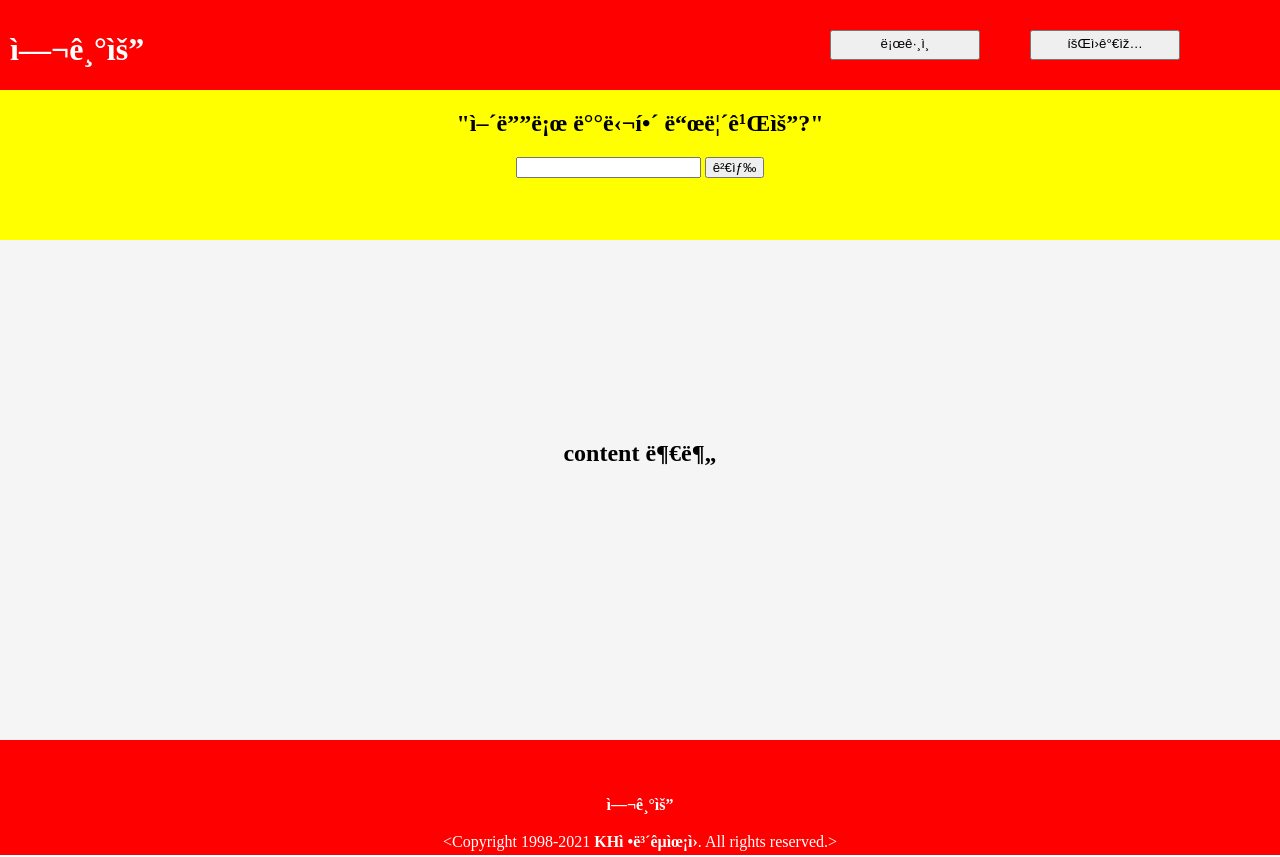
Repository: ksh940911/KH_SEMI_PROJECT
Page: http://localhost/yeogiyo/index.jsp
These files come from the project's save history. The page is drawn as it stood at one moment and after the next save; the edit follows.
The browser window is 1280 px wide. The pictures show the whole page.
Pictures or frames that could not be fetched are drawn as grey boxes. Some web libraries are served in a nearby version. The page is served by Tomcat 9. Nobody is signed in. The application's start-up code is not run.

Above is the page before, as saved 2021-04-14 13:49:19.

After the next save:
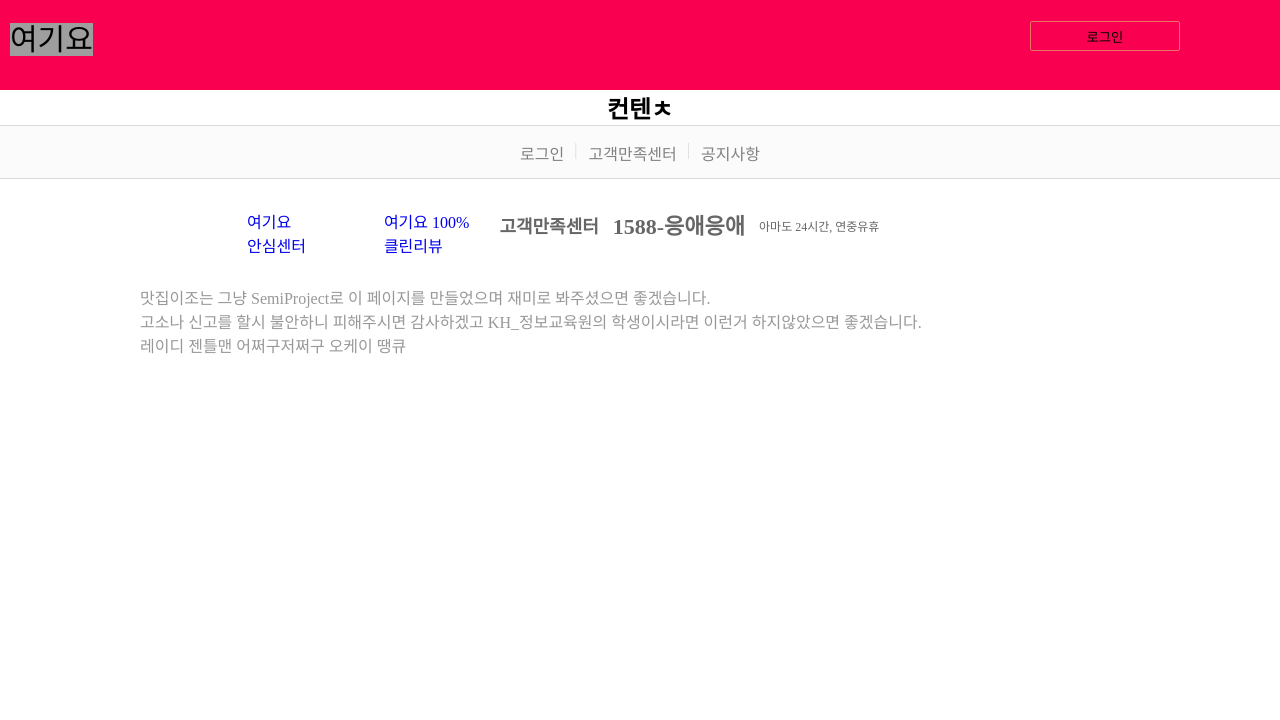
Saved 2 min 1 s later.
--- a/yeogiyo/WebContent/index.jsp
+++ b/yeogiyo/WebContent/index.jsp
@@ -1,88 +1,7 @@
-<!DOCTYPE html>
-<html>
-<head>
-<meta charset="UTF-8">
-<title>yeogiyo-main</title>
-<%-- <link rel="stylesheet" href="<%=request.getContextPath() %>/css/main.css" /> --%>
-<script src="<%= request.getContextPath() %>/js/jquery-3.6.0.js"></script>
-<style>
-        body {margin: 0; padding: 0;}
-        /********** 전체컨테이너 **********/
-        div#container	{background-color:#F0F0F0; width:100%; margin:0 auto;}
+<%@ page language="java" contentType="text/html; charset=UTF-8"
+    pageEncoding="UTF-8"%>
+<%@ include file="/WEB-INF/views/common/header.jsp" %>
 
+	<h1 align="center" style="margit-top:200px;">컨텐ㅊ</h1>
 
-        /********** header **********/
-        header	{background: red; height:80px; position:relative; padding:10px 0 0 0; }
-        header h1 {margin-left:10px;  color:white;}
-        #loginBtn {position:absolute; width:150px; height:30px; top: 30px; right: 300px;}
-        #joinBtn {position:absolute; width:150px; height:30px; top: 30px; right: 100px;}
-
-
-        /********** search **********/
-        section#search { background-color: yellow; float:left; width:100%; height: 150px; text-align: center;}
-
-        /********** content **********/
-        section#content	{ background-color:#F5F5F5; float:left; width:100%; min-height:500px; }
-
-
-
-        /********** footer **********/
-        footer { background-color:red; clear:both; height:75px; text-align:center;padding-top:40px;}
-        footer p {color: white;}
-
-</style>
-
-</head>
-<body>
-	<%-- <h1>category</h1>
-	<ul>
-		<li>Random</li>
-		<li><a href="<%= request.getContextPath() %>/restaurant/restaurantList.do">전체보기</a></li>
-		<li>프랜차이즈</li>
-		<li>피자/양식</li>
-		<li>중국집</li>
-		<li>한식</li>
-		<li>족발/보쌈</li>
-		<li>분식</li>
-		<li>카페/디저트</li>
-	</ul> --%>
-
-	 <div id="container">
-
-        <header>
-            <h1>여기요</h1>
-            	<button type="button" id="loginBtn" onclick="location.href='<%= request.getContextPath() %>/member/memberlogin';">로그인</button>
-            	<button type="button" id="joinBtn" onclick="location.href='<%= request.getContextPath() %>/member/memberEnroll';">회원가입</button>
-        </header>
-
-        <section id="search">
-
-            <h2 align="center">"어디로 배달해 드릴까요?"</h2>
-            <form action=""  method="GET">
-                <input type="text" name="foodname" id="foodname">
-                <input type="submit" value="검색">
-            </form>
-
-        </section>
-
-
-        <section id="content">
-
-            <h2 align="center" style="margin-top:200px;">content 부분</h2>
-
-        </section>
-
-
-        <footer>
-            <p><strong>여기요</strong></p>
-            <p>&lt;Copyright 1998-2021 <strong>KH정보교육원</strong>. All rights reserved.&gt;</p>
-
-        </footer>
-
-
-    </div>
-
-
-
-</body>
-</html>
+<%@ include file="/WEB-INF/views/common/footer.jsp" %>

After the save that followed:
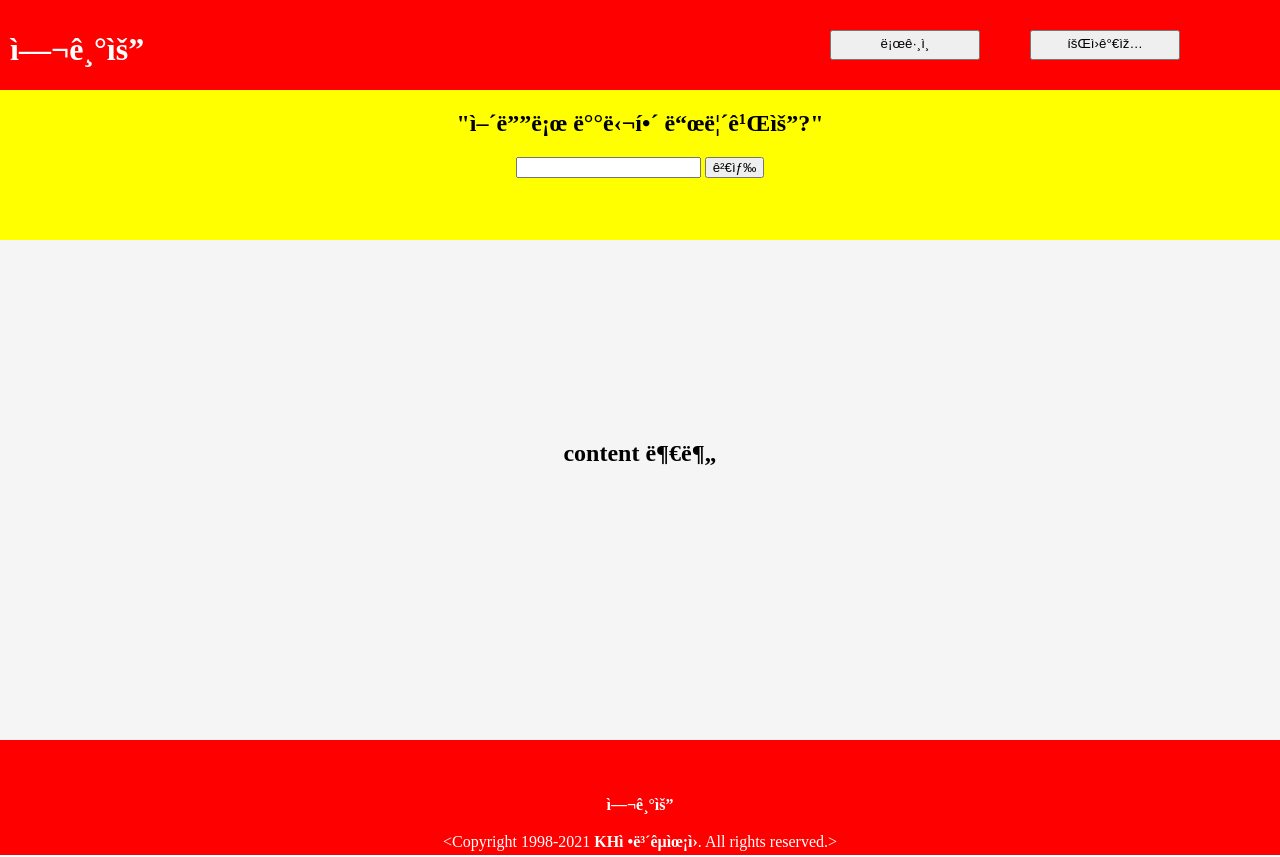
Saved 14 s later.
--- a/yeogiyo/WebContent/index.jsp
+++ b/yeogiyo/WebContent/index.jsp
@@ -1,7 +1,88 @@
-<%@ page language="java" contentType="text/html; charset=UTF-8"
-    pageEncoding="UTF-8"%>
-<%@ include file="/WEB-INF/views/common/header.jsp" %>
+<!DOCTYPE html>
+<html>
+<head>
+<meta charset="UTF-8">
+<title>yeogiyo-main</title>
+<%-- <link rel="stylesheet" href="<%=request.getContextPath() %>/css/main.css" /> --%>
+<script src="<%= request.getContextPath() %>/js/jquery-3.6.0.js"></script>
+<style>
+        body {margin: 0; padding: 0;}
+        /********** 전체컨테이너 **********/
+        div#container	{background-color:#F0F0F0; width:100%; margin:0 auto;}
 
-	<h1 align="center" style="margit-top:200px;">컨텐ㅊ</h1>
 
-<%@ include file="/WEB-INF/views/common/footer.jsp" %>
+        /********** header **********/
+        header	{background: red; height:80px; position:relative; padding:10px 0 0 0; }
+        header h1 {margin-left:10px;  color:white;}
+        #loginBtn {position:absolute; width:150px; height:30px; top: 30px; right: 300px;}
+        #joinBtn {position:absolute; width:150px; height:30px; top: 30px; right: 100px;}
+
+
+        /********** search **********/
+        section#search { background-color: yellow; float:left; width:100%; height: 150px; text-align: center;}
+
+        /********** content **********/
+        section#content	{ background-color:#F5F5F5; float:left; width:100%; min-height:500px; }
+
+
+
+        /********** footer **********/
+        footer { background-color:red; clear:both; height:75px; text-align:center;padding-top:40px;}
+        footer p {color: white;}
+
+</style>
+
+</head>
+<body>
+	<%-- <h1>category</h1>
+	<ul>
+		<li>Random</li>
+		<li><a href="<%= request.getContextPath() %>/restaurant/restaurantList.do">전체보기</a></li>
+		<li>프랜차이즈</li>
+		<li>피자/양식</li>
+		<li>중국집</li>
+		<li>한식</li>
+		<li>족발/보쌈</li>
+		<li>분식</li>
+		<li>카페/디저트</li>
+	</ul> --%>
+
+	 <div id="container">
+
+        <header>
+            <h1>여기요</h1>
+            	<button type="button" id="loginBtn" onclick="location.href='<%= request.getContextPath() %>/member/memberlogin';">로그인</button>
+            	<button type="button" id="joinBtn" onclick="location.href='<%= request.getContextPath() %>/member/memberEnroll';">회원가입</button>
+        </header>
+
+        <section id="search">
+
+            <h2 align="center">"어디로 배달해 드릴까요?"</h2>
+            <form action=""  method="GET">
+                <input type="text" name="foodname" id="foodname">
+                <input type="submit" value="검색">
+            </form>
+
+        </section>
+
+
+        <section id="content">
+
+            <h2 align="center" style="margin-top:200px;">content 부분</h2>
+
+        </section>
+
+
+        <footer>
+            <p><strong>여기요</strong></p>
+            <p>&lt;Copyright 1998-2021 <strong>KH정보교육원</strong>. All rights reserved.&gt;</p>
+
+        </footer>
+
+
+    </div>
+
+
+
+</body>
+</html>
